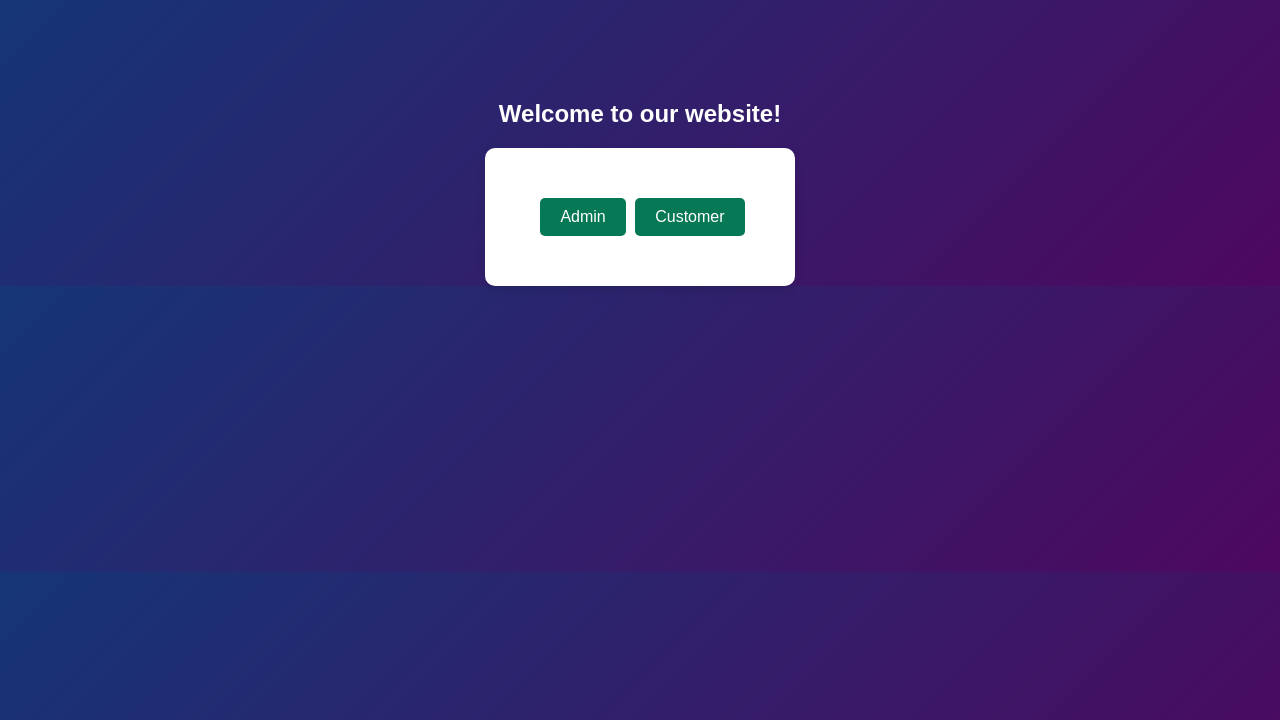
Repository: gauravraj08/bankingSystemJspServlet
Page: http://localhost/BankMangementSystem/
An editor plug-in stored every save of this project. The page is shown before and after the next save, followed by the edit.
The browser window is 1280 px wide. The pictures show the whole page.
The page is served by Tomcat 9.

Above is the page before, as saved 2024-04-20 20:57:29.

After the next save:
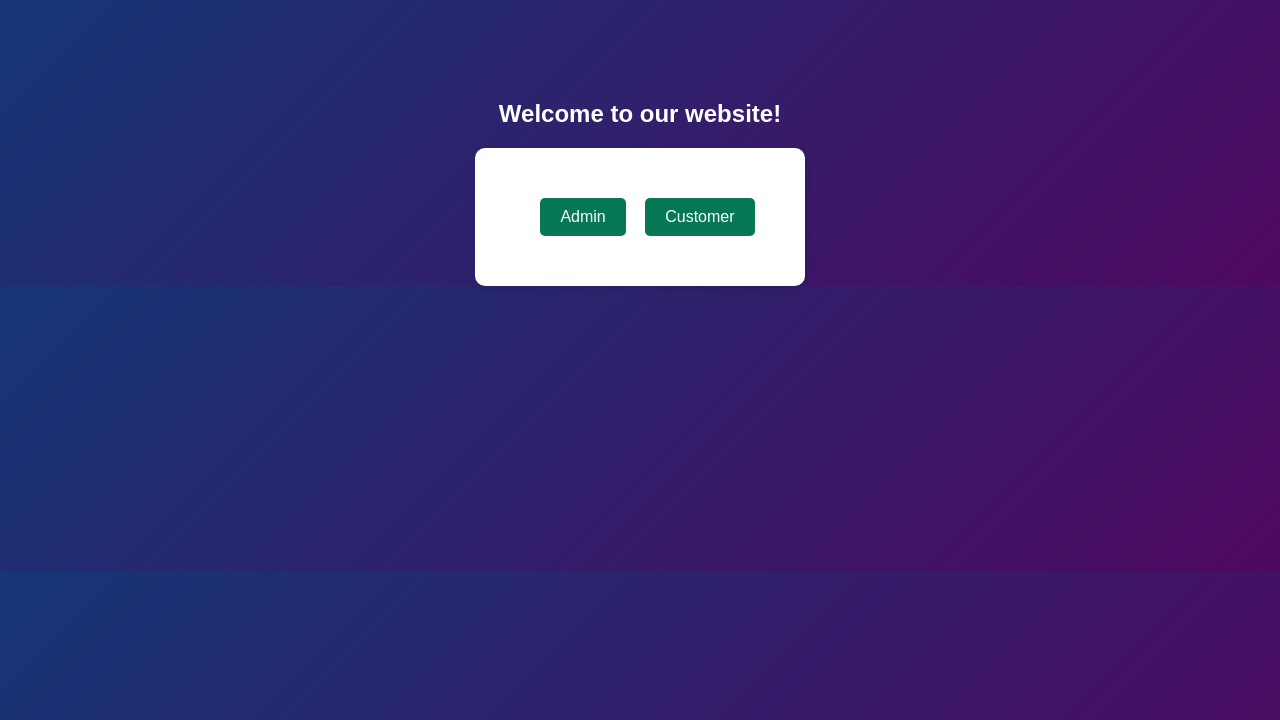
Saved 11 s later.
--- a/BankMangementSystem/src/main/webapp/index.jsp
+++ b/BankMangementSystem/src/main/webapp/index.jsp
@@ -40,7 +40,7 @@ h2 {
 button {
     padding: 10px 20px;
     font-size: 16px;
-    margin-left:5px;
+    margin-left:15px;
     cursor: pointer;
     border: none;
     border-radius: 5px;
